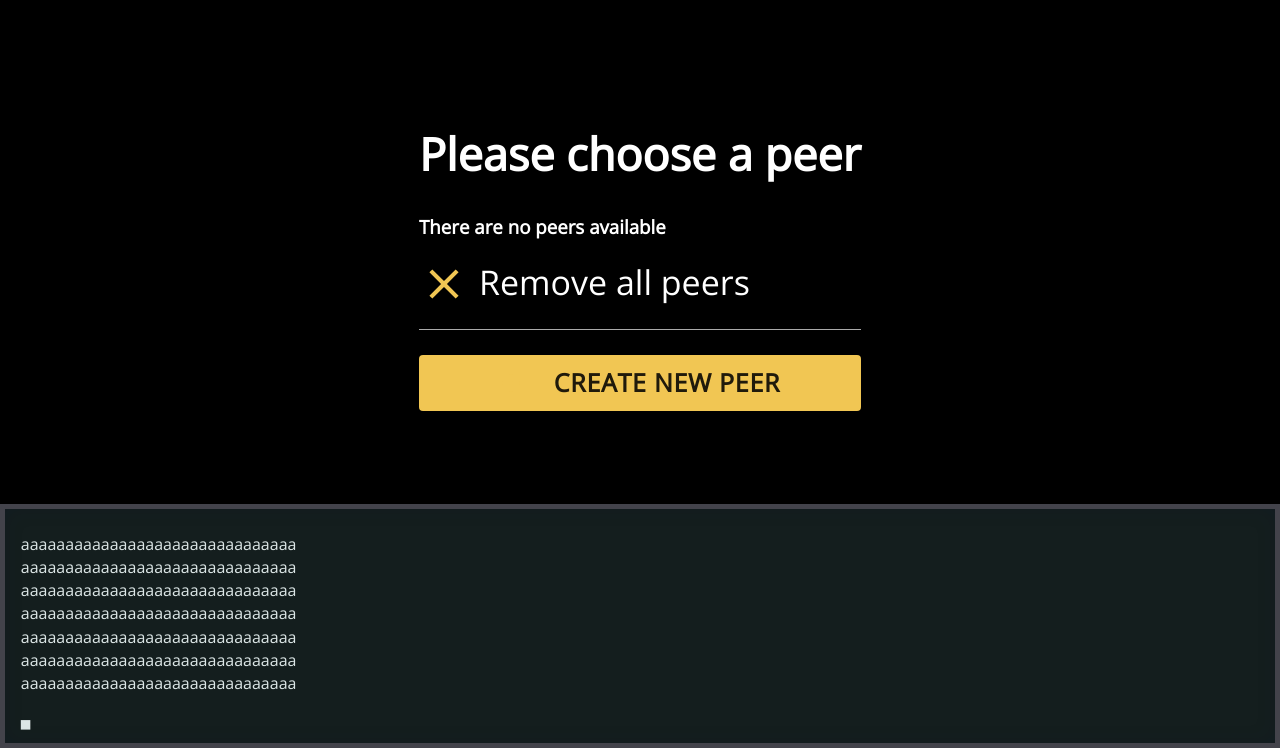
Repository: Bachdz/ASAP-Gui-Frontend
Page: /login
An editor plug-in stored every save of this project. The page is shown before and after the next save, followed by the edit.
The browser window is 1280 px wide. The pictures show the whole page.
The page's requests for data from a server got no answer. The project was rebuilt for these pictures with package versions that can differ from the ones it lists, and the page was loaded fresh each time. No one was signed in, and anything a server would have sent is missing. Also part of the build but not shown: src/css/loginscreen/Peer.css, src/components/fragments/Footer.js, src/components/mainscreen/subcomponents/Apps.js, src/css/mainscreen/Main.css, src/components/mainscreen/Main.js.

Above is the page before, as saved 2020-12-16 19:42:21.

After the next save:
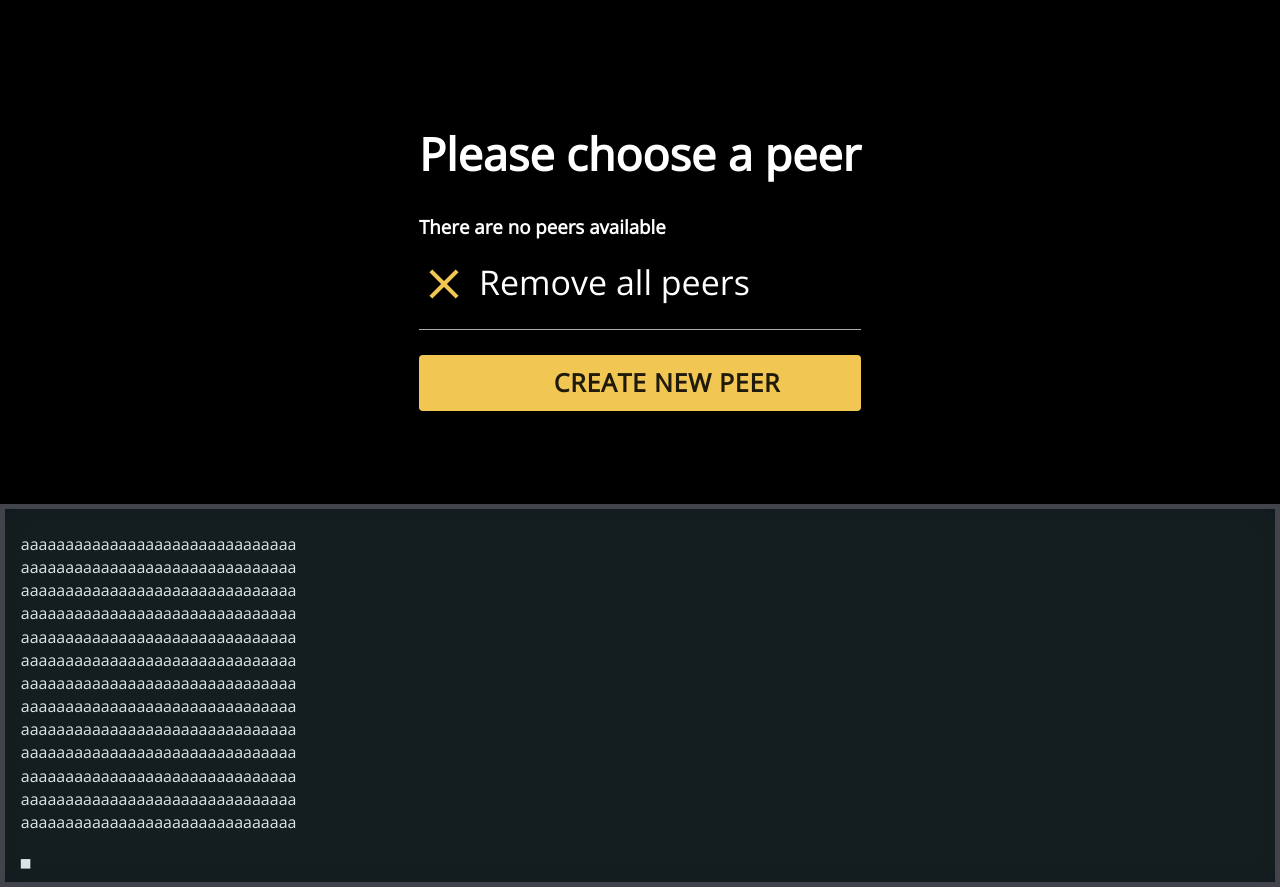
Saved 16 s later.
--- a/src/components/fragments/Terminal.js
+++ b/src/components/fragments/Terminal.js
@@ -14,6 +14,12 @@ export default function Terminal() {
                 <p>aaaaaaaaaaaaaaaaaaaaaaaaaaaaaaa</p>
                 <p>aaaaaaaaaaaaaaaaaaaaaaaaaaaaaaa</p>
                 <p>aaaaaaaaaaaaaaaaaaaaaaaaaaaaaaa</p>
+                <p>aaaaaaaaaaaaaaaaaaaaaaaaaaaaaaa</p>
+                <p>aaaaaaaaaaaaaaaaaaaaaaaaaaaaaaa</p>
+                <p>aaaaaaaaaaaaaaaaaaaaaaaaaaaaaaa</p>
+                <p>aaaaaaaaaaaaaaaaaaaaaaaaaaaaaaa</p>
+                <p>aaaaaaaaaaaaaaaaaaaaaaaaaaaaaaa</p>
+                <p>aaaaaaaaaaaaaaaaaaaaaaaaaaaaaaa</p>
 
             </pre>
         </div>
